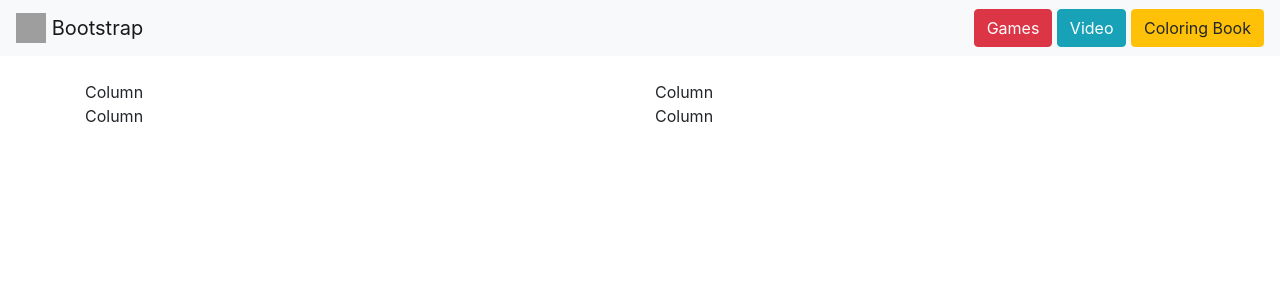
Repository: kkyler24/MCLA
Page: Home.html
An editor plug-in stored every save of this project. The page is shown before and after the next save, followed by the edit.
The browser window is 1280 px wide. The pictures show the whole page.
Pictures or frames that could not be fetched are drawn as grey boxes. Some web libraries are served in a nearby version.

Above is the page before, as saved 2020-04-20 21:09:55.

### Home.html

<!DOCTYPE html>
<html lang="en">
<head>
    <meta charset="UTF-8">
    <meta name="viewport" content="width=device-width, initial-scale=1.0">
    <title>MCLA</title>
    <!-- Boostrap Css -->
    <link rel="stylesheet" href="https://maxcdn.bootstrapcdn.com/bootstrap/4.0.0/css/bootstrap.min.css" integrity="sha384-Gn5384xqQ1aoWXA+058RXPxPg6fy4IWvTNh0E263XmFcJlSAwiGgFAW/dAiS6JXm" crossorigin="anonymous">
    <link  type="text/css" rel="stylesheet" href="Home.css">
</head>
<body>
    <header>
<!--NavBar  -->

<nav class="navbar navbar-light bg-light">
  <!-- Image Logo -->
    <a class="navbar-brand" href="#">
      <img src="/docs/4.0/assets/brand/bootstrap-solid.svg" width="30" height="30" class="d-inline-block align-top" alt="">
      Bootstrap
    </a>
    <!-- end of logo -->
    <div class="navbuttons">
      <button id="gamesBtn" type="button" class="btn btn-danger navbuttons">Games</button>
      <button id="videoBtn" type="button" class="btn btn-info navbuttons">Video</button>
      <button id="coloringBookBtn" type="button" class="btn btn-warning navbuttons">Coloring Book</button>

      </div>
  </nav>

  <!-- Jumbotron -->

<br>
    </header>
    <main>
      <div class="container">
        <div class="row">
          <div class="col">Column</div>
          <div class="col">Column</div>
          <div class="w-100"></div>
          <div class="col">Column</div>
          <div class="col">Column</div>
        </div>
      </div>









    </main>
<!-- footer -->
<footer>

</footer>
    <!--JS files  -->
    <script src="https://code.jquery.com/jquery-3.2.1.slim.min.js" integrity="sha384-KJ3o2DKtIkvYIK3UENzmM7KCkRr/rE9/Qpg6aAZGJwFDMVNA/GpGFF93hXpG5KkN" crossorigin="anonymous"></script>
<script src="https://cdnjs.cloudflare.com/ajax/libs/popper.js/1.12.9/umd/popper.min.js" integrity="sha384-ApNbgh9B+Y1QKtv3Rn7W3mgPxhU9K/ScQsAP7hUibX39j7fakFPskvXusvfa0b4Q" crossorigin="anonymous"></script>
<script src="https://maxcdn.bootstrapcdn.com/bootstrap/4.0.0/js/bootstrap.min.js" integrity="sha384-JZR6Spejh4U02d8jOt6vLEHfe/JQGiRRSQQxSfFWpi1MquVdAyjUar5+76PVCmYl" crossorigin="anonymous"></script>
</body>
</html>

Loaded but not shown: Home.css (empty)

After the next save:
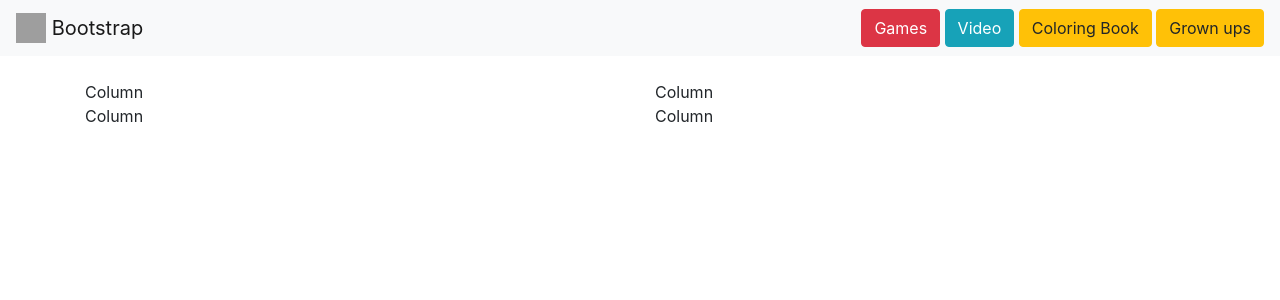
Saved 2 min 49 s later.
--- a/Home.html
+++ b/Home.html
@@ -24,10 +24,9 @@
       <button id="gamesBtn" type="button" class="btn btn-danger navbuttons">Games</button>
       <button id="videoBtn" type="button" class="btn btn-info navbuttons">Video</button>
       <button id="coloringBookBtn" type="button" class="btn btn-warning navbuttons">Coloring Book</button>
-
+      <button id="grownUpBtn" type="button" class="btn btn-warning navbuttons">Grown ups</button>
       </div>
   </nav>
-
   <!-- Jumbotron -->
 
 <br>
